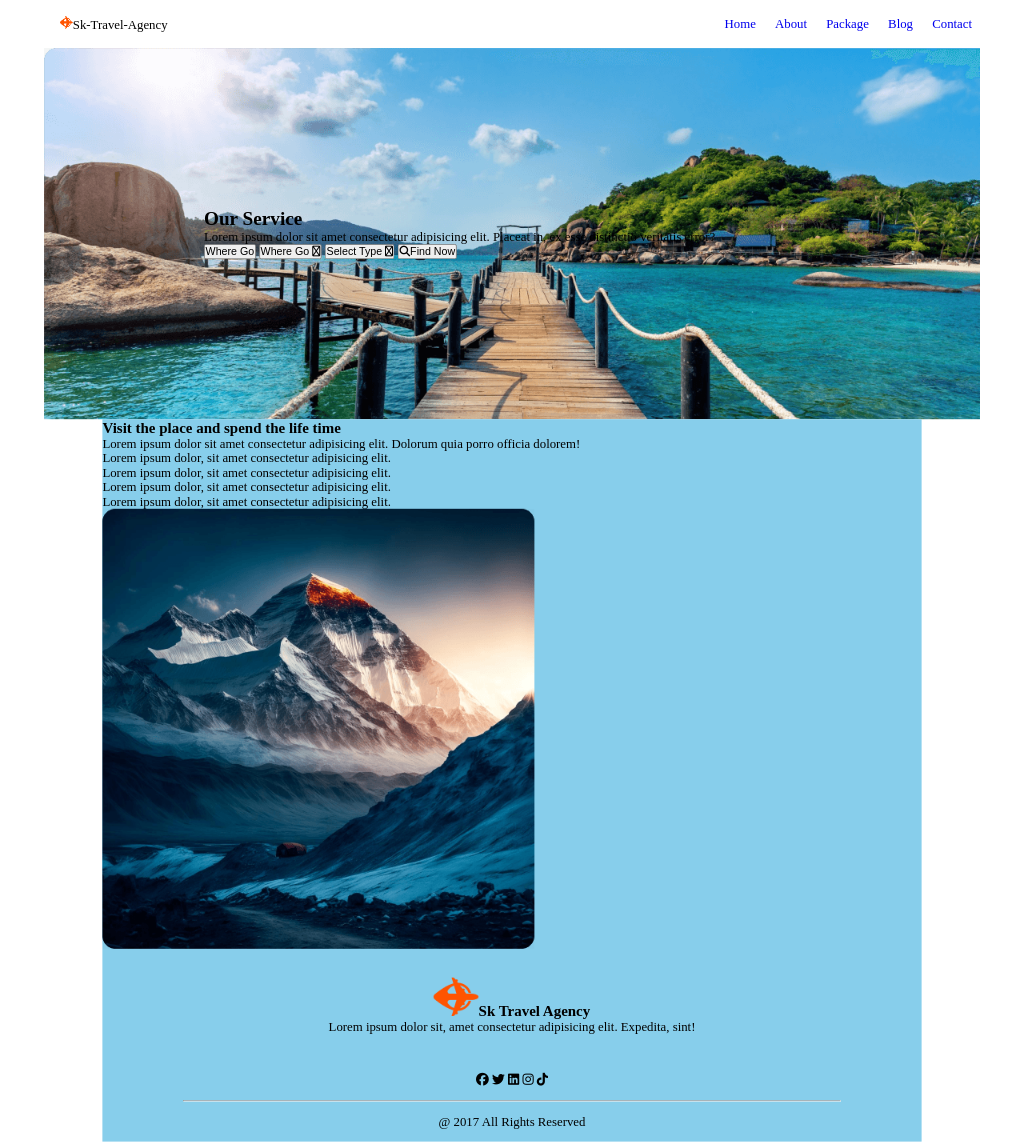
Repository: sumonkumarsarkar/Sk-Travel-Agency-
Page: index.html
An editor plug-in stored every save of this project. The page is shown before and after the next save, followed by the edit.
The browser window is 1280 px wide. The pictures show the whole page, at 80% of full size.

Above is the page before, as saved 2024-01-17 05:33:43.

After the next save:
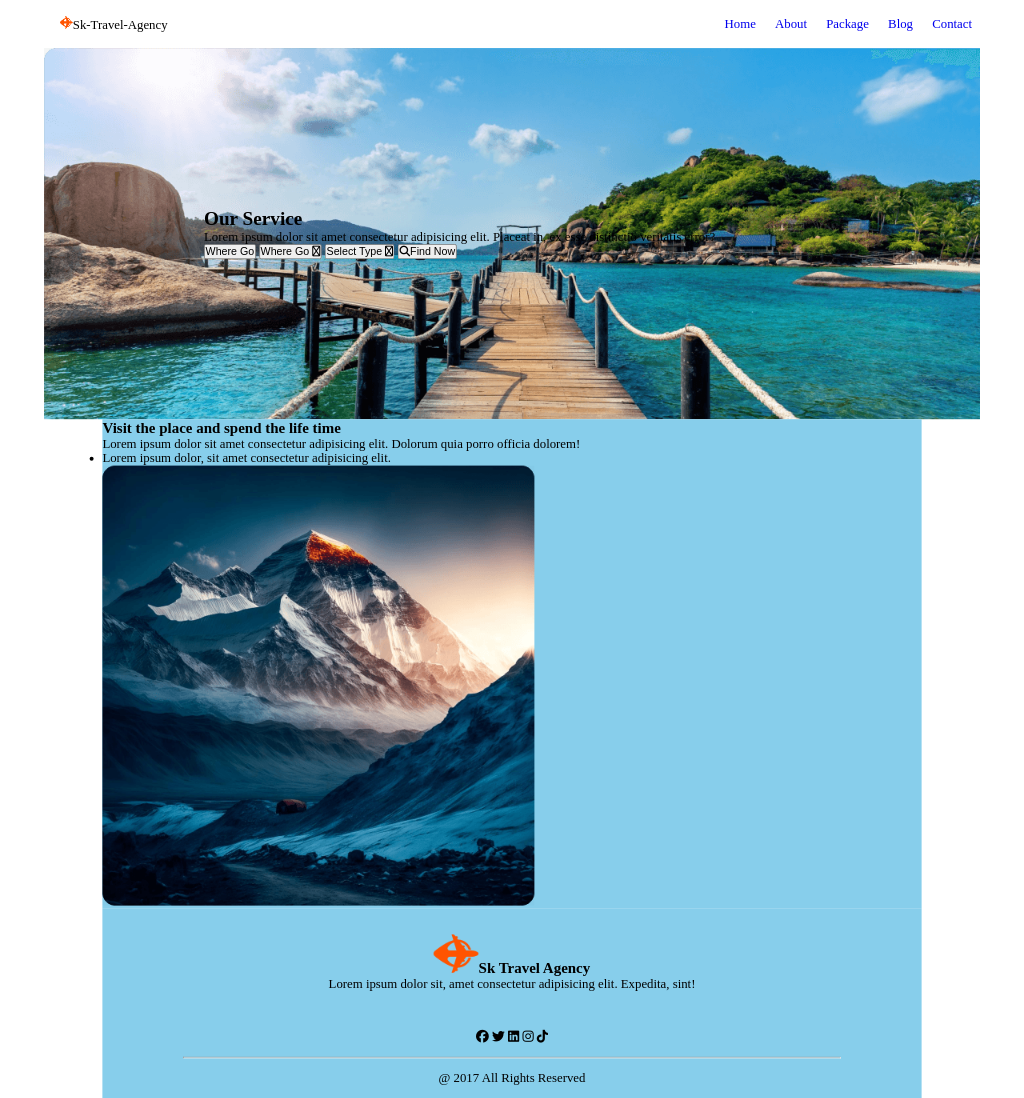
Saved 36 s later.
--- a/index.html
+++ b/index.html
@@ -50,13 +50,9 @@
          <h3>Visit the place and spend the life time</h3>
          <p>Lorem ipsum dolor sit amet consectetur adipisicing elit. Dolorum quia porro officia dolorem!</p>
          <ul>
-            <ol>
+            <li>
                 <p>Lorem ipsum dolor, sit amet consectetur adipisicing elit.</p>
-                <p>Lorem ipsum dolor, sit amet consectetur adipisicing elit.</p>
-                <p>Lorem ipsum dolor, sit amet consectetur adipisicing elit.</p>
-                <p>Lorem ipsum dolor, sit amet consectetur adipisicing elit.</p>
-            </ol>
-
+            </li>
          </ul>
         </div>
         <div class="container-img-item">
